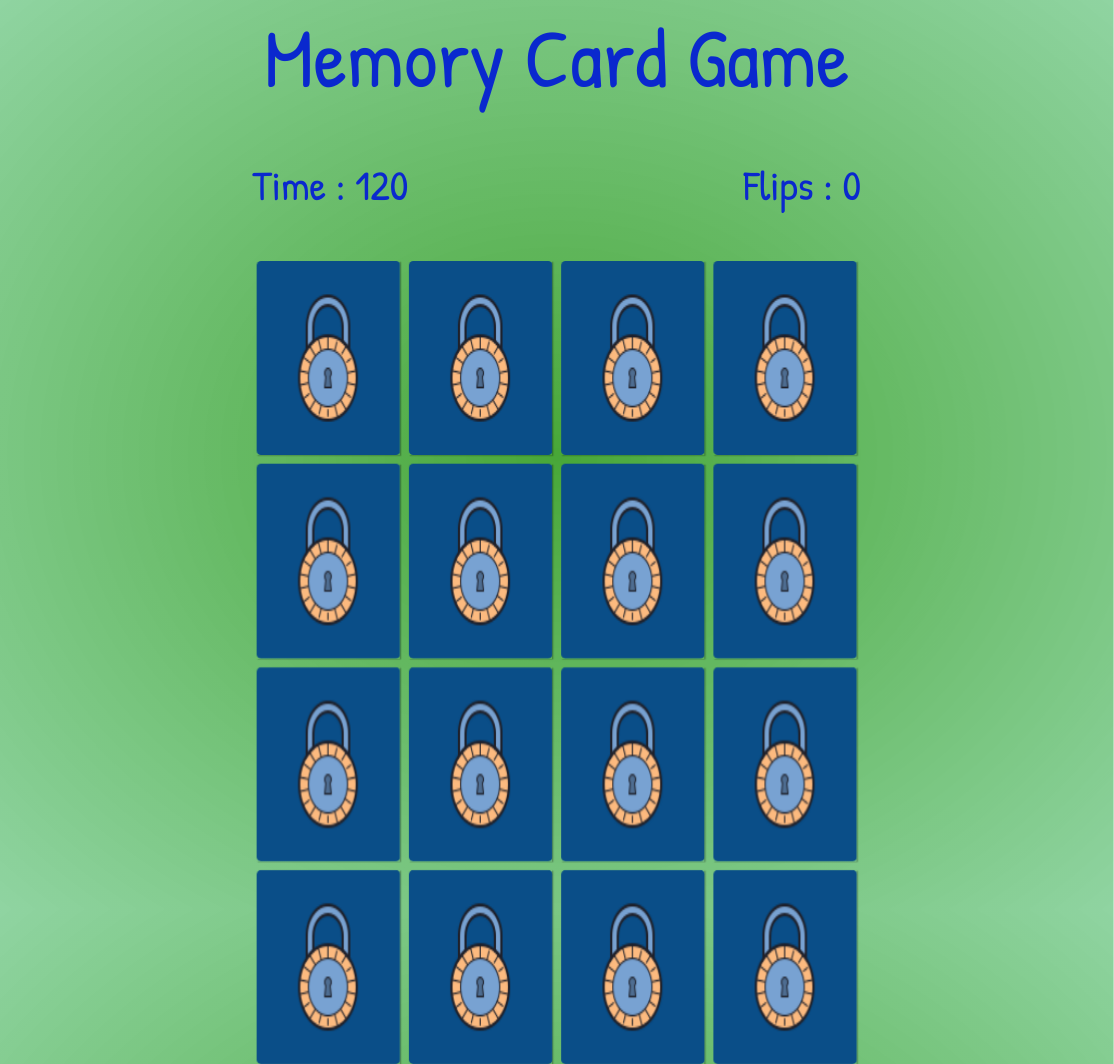
Repository: claudiadanaila1/Project-2--Interactive-FrontEnd---Memory-game
Page: index.html
The author's editor kept a record of every edit. The page is drawn from the files as they stood at one moment, then again after the next edit.
The browser window is 1280 px wide. The pictures show the whole page, at 87% of full size.

Above is the page before.

After the next edit:
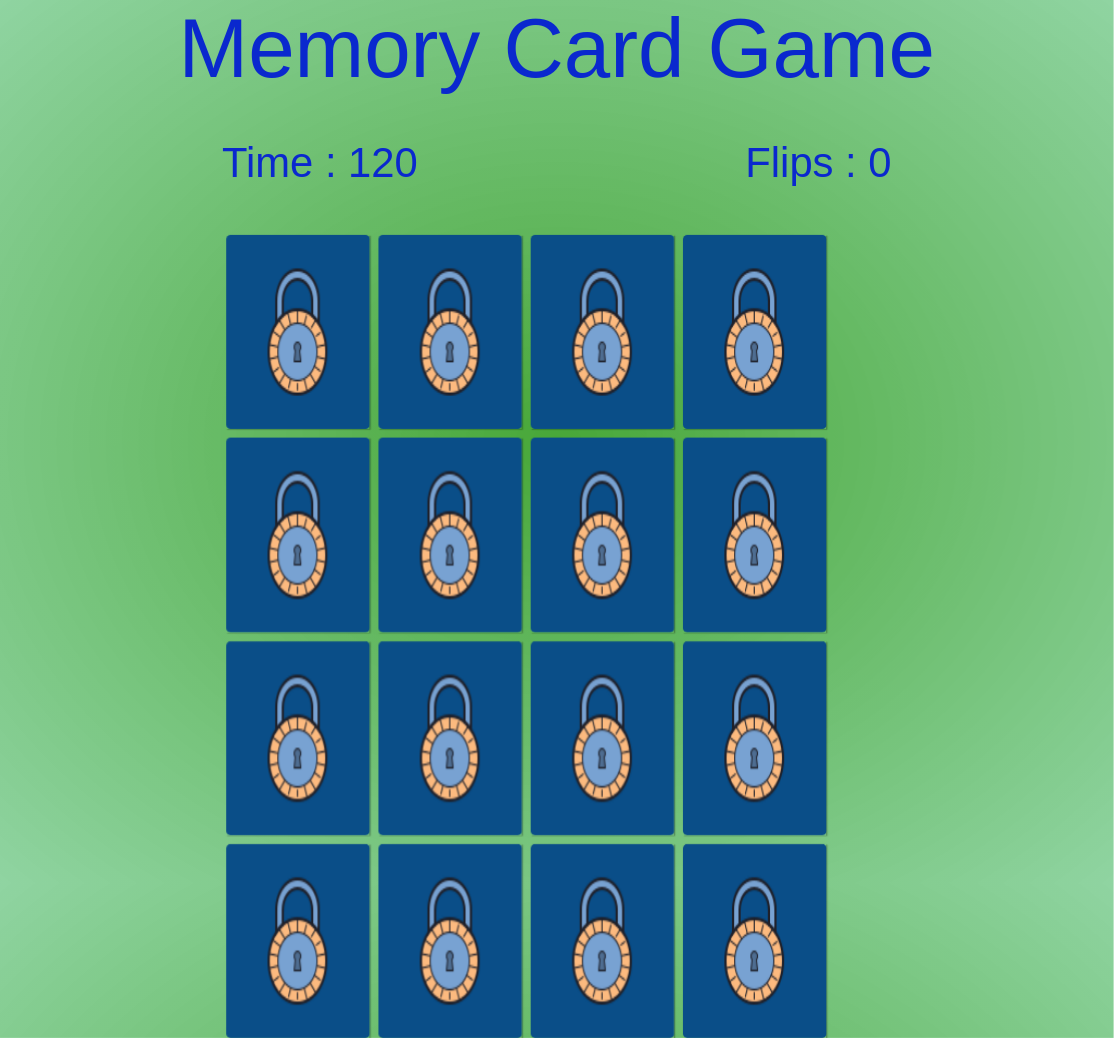
The edit:
--- a/css/style.css
+++ b/css/style.css
@@ -1,5 +1,4 @@
-@import url('https://fonts.googleapis.com/css?family=Patrick+Hand&display=swap');
-
+@import url('https://fonts.googleapis.com/css?family=Ubuntu&display=swap');
 
 * {
     padding: 0;
